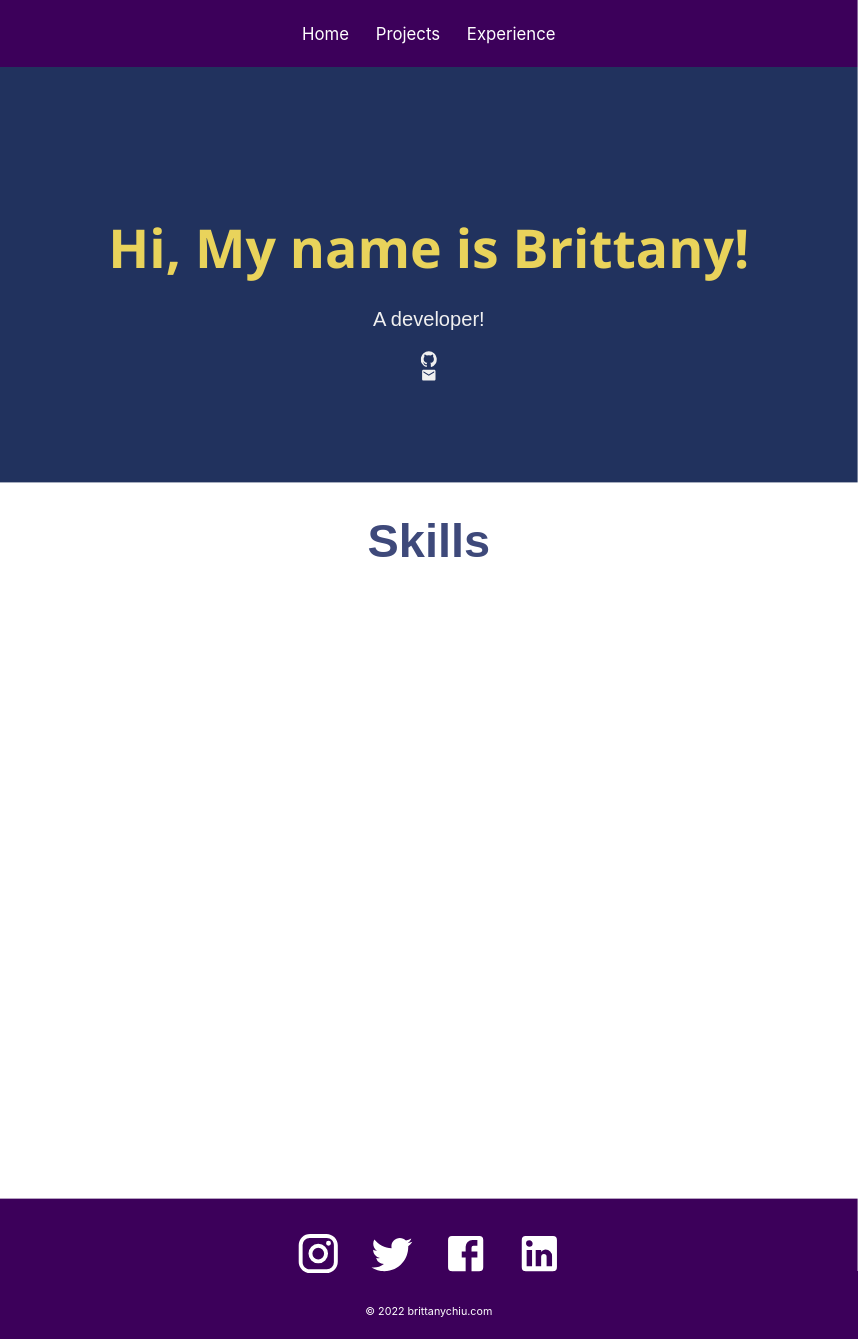
Repository: chiubacca94/chiufolio
Page: /
An editor plug-in stored every save of this project. The page is shown before and after the next save, followed by the edit.
The browser window is 1280 px wide. The pictures show the whole page, at 67% of full size.
The project was rebuilt for these pictures with package versions that can differ from the ones it lists, and the page was loaded fresh each time. Also part of the build but not shown: src/components/Projects/Projects.js, src/components/Experiences/Experiences.js.

Above is the page before, as saved 2022-07-03 23:16:09.

After the next save:
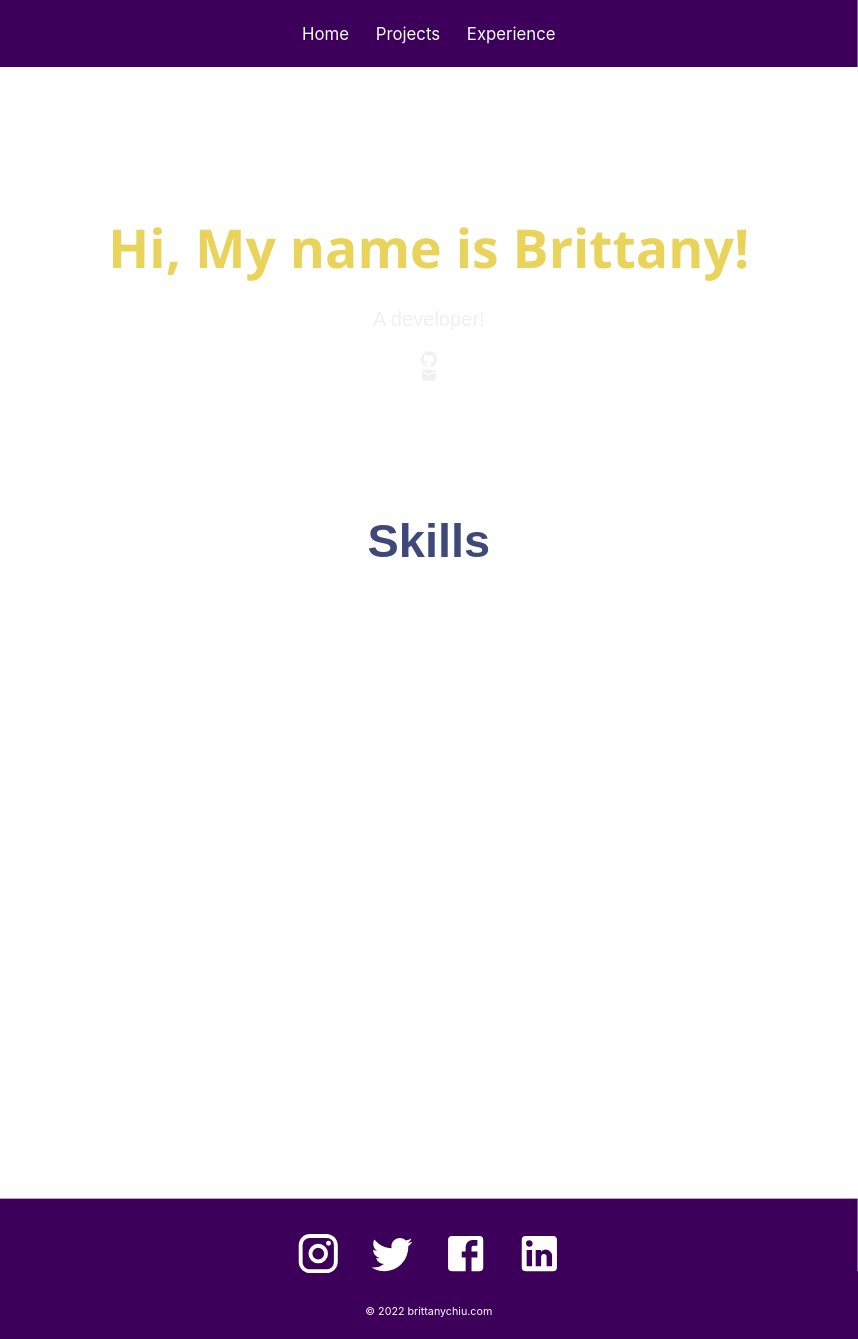
Saved 20 s later.
--- a/src/components/Home/Home.css
+++ b/src/components/Home/Home.css
@@ -14,7 +14,8 @@
     justify-content: center;
     align-items: center;
     text-align: center;
-    background-color: #21325e;
+    /* background-color: #21325e; */
+
     color: #f0f0f0;
   }
 

After the save that followed:
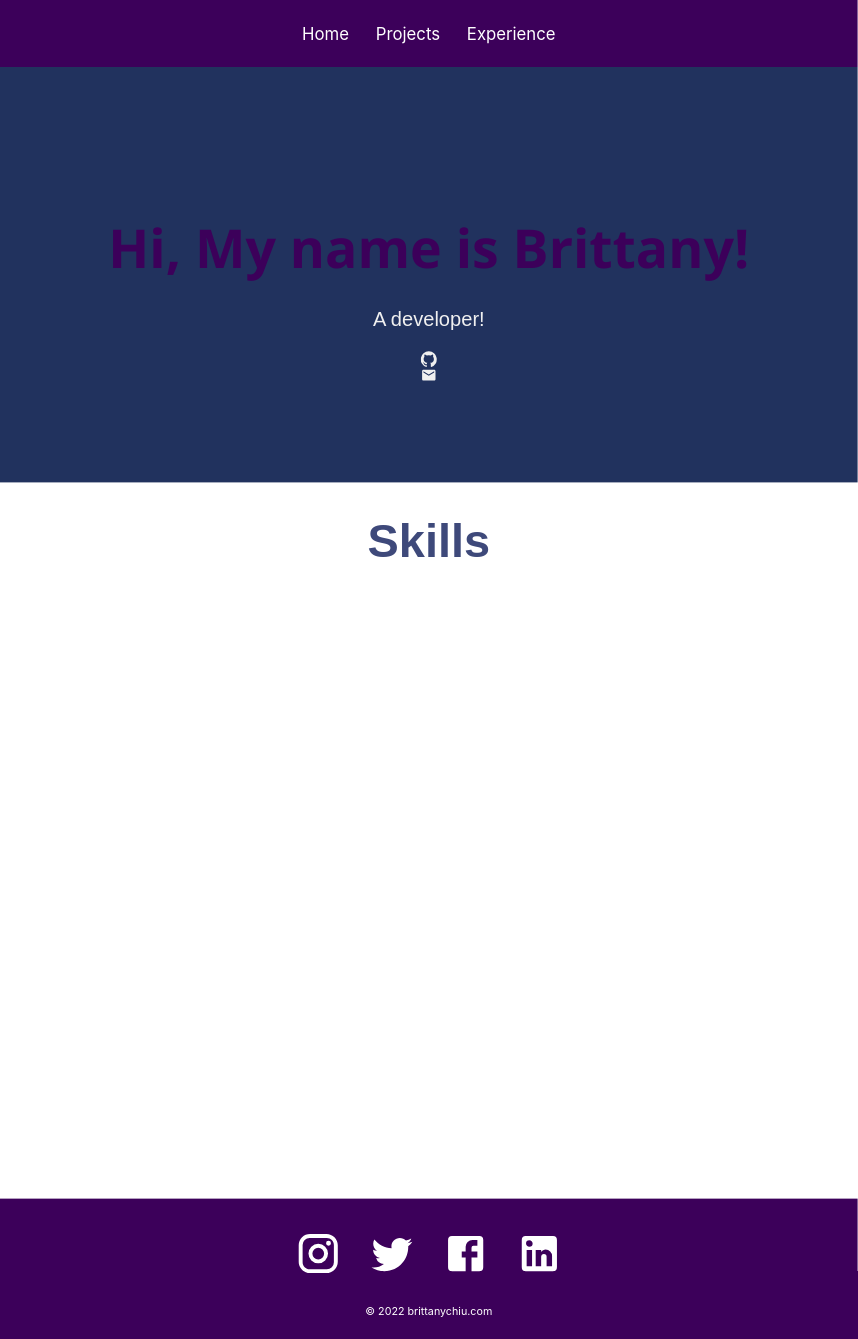
Saved 76 s later.
--- a/src/components/Home/Home.css
+++ b/src/components/Home/Home.css
@@ -14,15 +14,14 @@
     justify-content: center;
     align-items: center;
     text-align: center;
-    /* background-color: #21325e; */
-
+    background-color: #21325e;
     color: #f0f0f0;
   }
 
   .about h2 {
     font-family: "Segoe UI", Tahoma, Geneva, Verdana, sans-serif;
     font-size: 80px;
-    color: #e9d35b;
+    color: #3c005a;
     height: 50px;
   }
 
